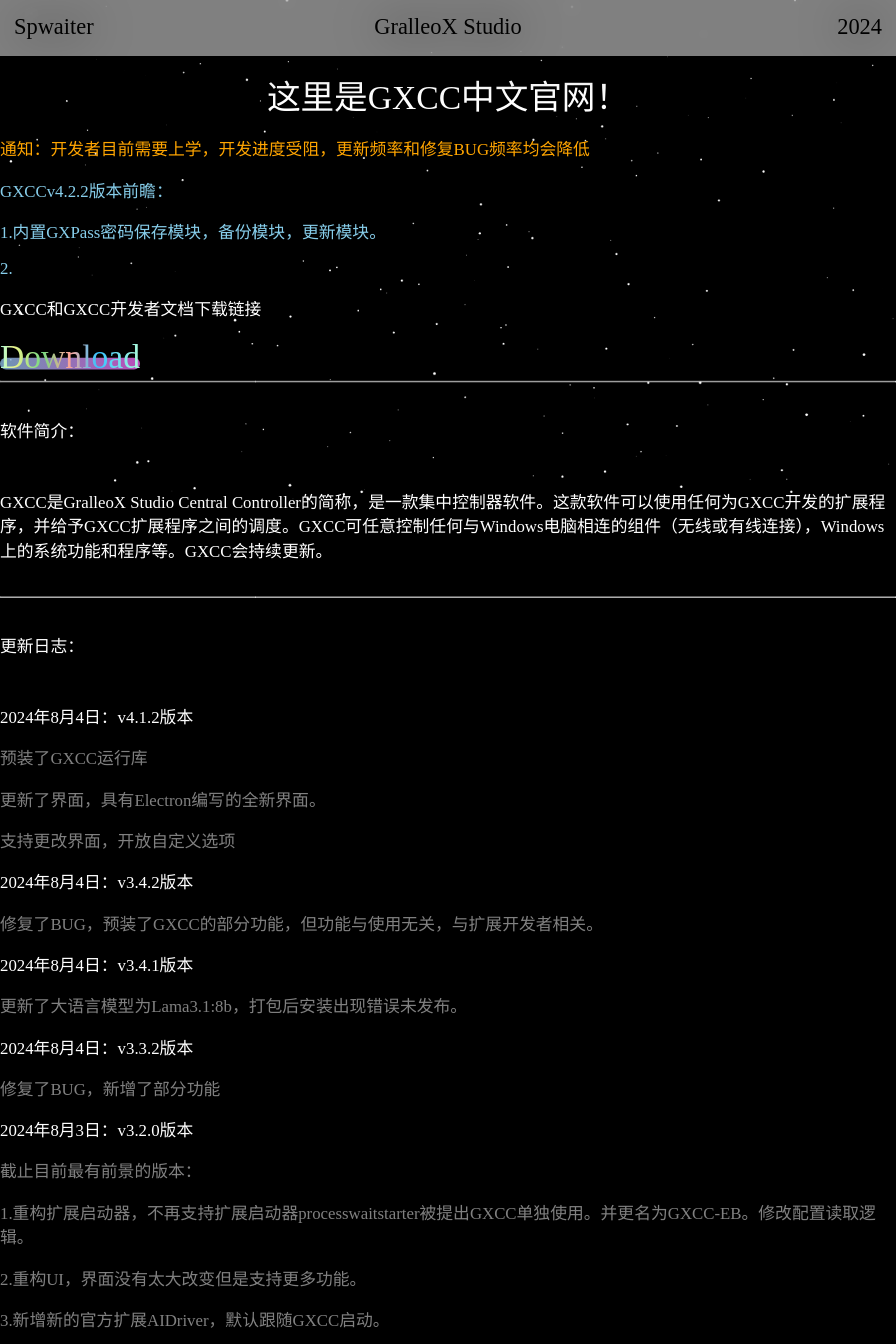
Repository: Lisu-Liso/GXCC
Page: index.html
An editor plug-in stored every save of this project. The page is shown before and after the next save, followed by the edit.
The browser window is 1280 px wide. The pictures show the part of the page from y = 0 to 1920 px (the page is 4117 px tall before and 4125 px after), at 70% of full size.

Above is the page before, as saved 2024-10-05 21:17:13.

After the next save:
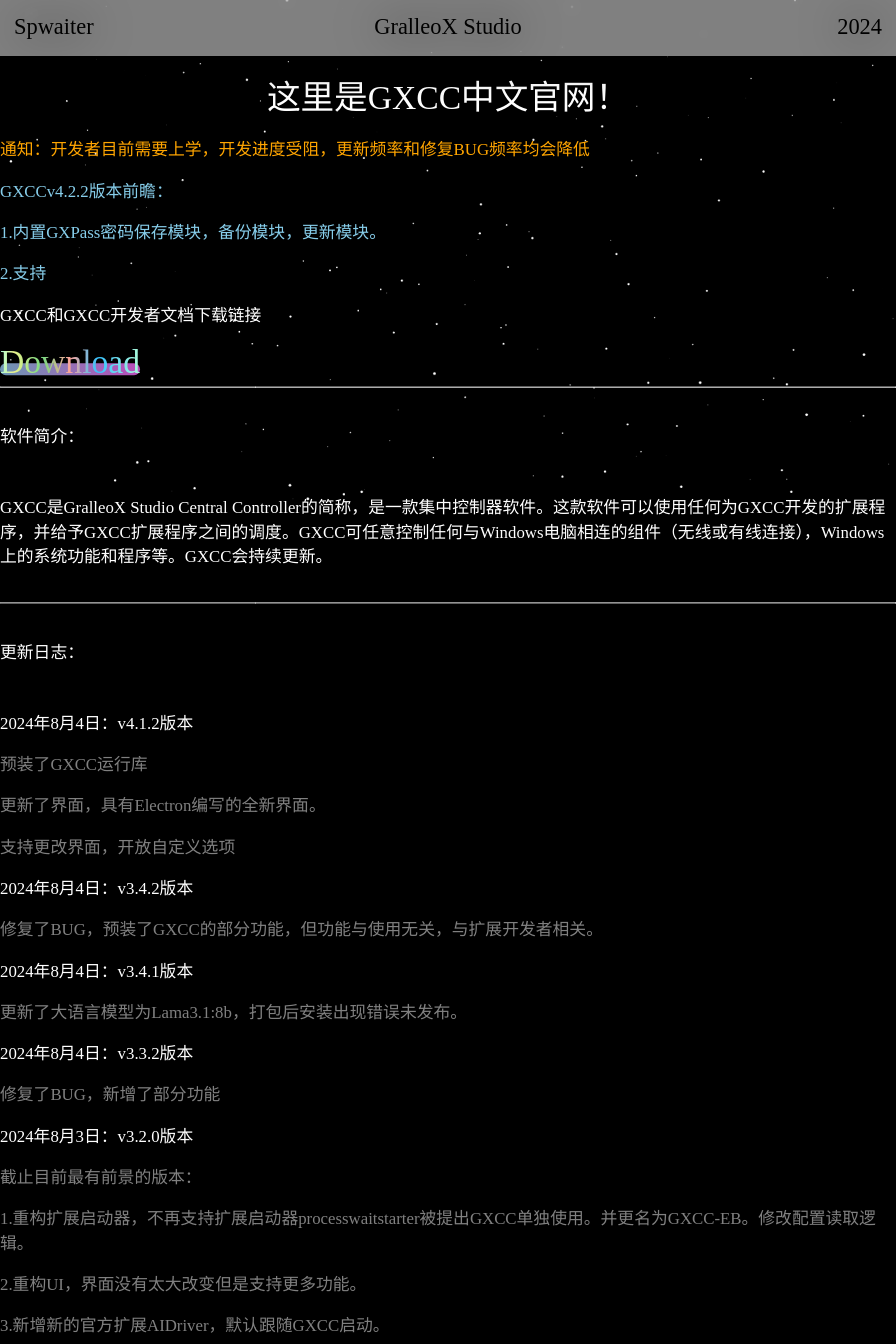
Saved 11 s later.
--- a/index.html
+++ b/index.html
@@ -277,7 +277,7 @@
         <p class="normaltext" style="color: orange;">通知：开发者目前需要上学，开发进度受阻，更新频率和修复BUG频率均会降低</p>
         <p class="normaltext" style="color: skyblue;">GXCCv4.2.2版本前瞻：</p>
         <p class="normaltext" style="color: skyblue;">1.内置GXPass密码保存模块，备份模块，更新模块。</p>
-        <p class="normaltext" style="color: skyblue;">2.</p>
+        <p class="normaltext" style="color: skyblue;">2.支持</p>
         <p class="normaltext">GXCC和GXCC开发者文档下载链接</p>
         <a class="newbutton" onclick="join_us()"><font class="article-header--title" size="7">Download</font></a>
         <div class="black_board" id="bb"></div>
